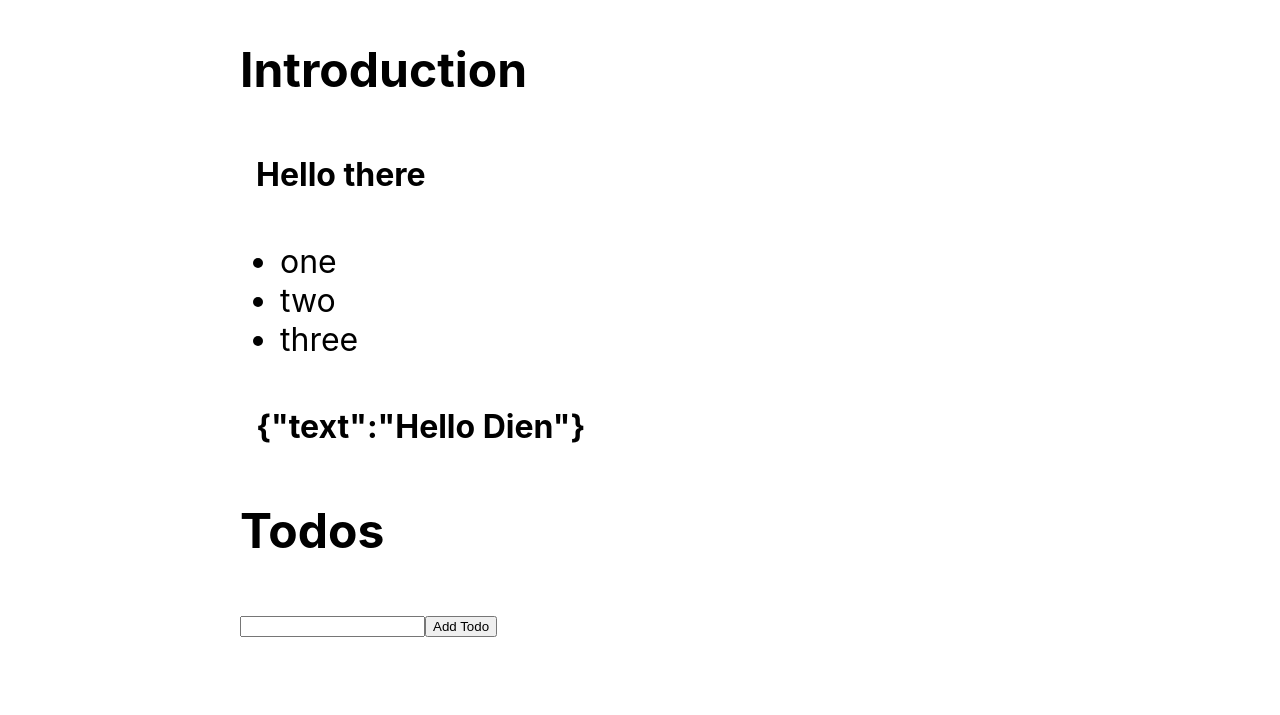
Repository: baodien1405/react-with-typescript
Page: /
An editor plug-in stored every save of this project. The page is shown before and after the next save, followed by the edit.
The browser window is 1280 px wide. The pictures show the whole page.
The project was rebuilt for these pictures with package versions that can differ from the ones it lists, and the page was loaded fresh each time.

Above is the page before, as saved 2021-06-08 15:21:04.

### src/App.tsx

import { useCallback, useEffect, useReducer, useRef, useState } from 'react';
import './App.css';

const Heading = ({title}: {title: string}) => <h2>{title}</h2>

const Box: React.FunctionComponent = ({children}) => (
  <div style={{padding: "1rem", fontWeight: 'bold'}}>
    {children}
  </div>
)

const List: React.FunctionComponent<{
  items: string[];
  onClick?: (item: string) => void
}> = ({items, onClick}) => (
  <ul>
    {
      items.map((item, index) => {
        return <li key={index} onClick={() => onClick?.(item)}>{item}</li>
      })
    }
  </ul>
)

interface Payload {
  text: string
}

interface Todo {
  id: number;
  done: boolean;
  text: string;
}

type ActionType = {type: "ADD", text: string} | {type: "REMOVE", id: number}

function App() {
  const [payload, setPayload] = useState<Payload | null>(null);

  useEffect(() => {
    fetch("/data.json")
      .then(res => res.json())
      .then(data => {
        setPayload(data)
      })
  }, [])

  const newTodoRef = useRef<HTMLInputElement>(null);

  const onAddTodo = useCallback(() => {
    if(newTodoRef.current) {
      dispatch({
        type: "ADD",
        text: newTodoRef.current.value
      })
      newTodoRef.current.value = "";
    }
  }, [])

  const [todos, dispatch] = useReducer((state: Todo[], action: ActionType) => {
    const uuid = Math.floor(Math.random() * 9999 + 1);
    switch (action.type) {
      case "ADD": {
        return [
          ...state,
          {
            id: uuid,
            text: action.text,
            done: false,
          },
        ];
      }
      case "REMOVE": {
        return state.filter(({id}) => id !== action.id);
      }
      default:
        throw new Error()
    }
  }, []);

  const onListClick = useCallback((item: string) => {
    alert(item);
  }, [])

  return (
    <div className="App">
     <Heading title="Introduction" />
     <Box>Hello there</Box>
     <List items={["one", "two", "three"]} onClick={onListClick} />
     <Box>{JSON.stringify(payload)}</Box>

     <Heading title="Todos" />
     {
       todos.map((todo) => (
         <div key={todo.id}>
           {todo.text}
           <button
            onClick={() => dispatch({
              type: "REMOVE",
              id: todo.id
            })}
           >
             Remove
           </button>
        </div>
       ))
     }
     <div>
       <input type="text" ref={newTodoRef} />
       <button onClick={onAddTodo}>Add Todo</button>
     </div>
    </div>
  );
}

export default App;

### src/App.css
body {
  font-size: xx-large;
  margin: auto;
  max-width: 800px;
}

### public/data.json
{
  "text": "Hello Dien"
}

Loaded but not shown: public/index.html (common file); src/index.tsx (common file); src/index.css (common file); src/reportWebVitals.ts (common file)

After the next save:
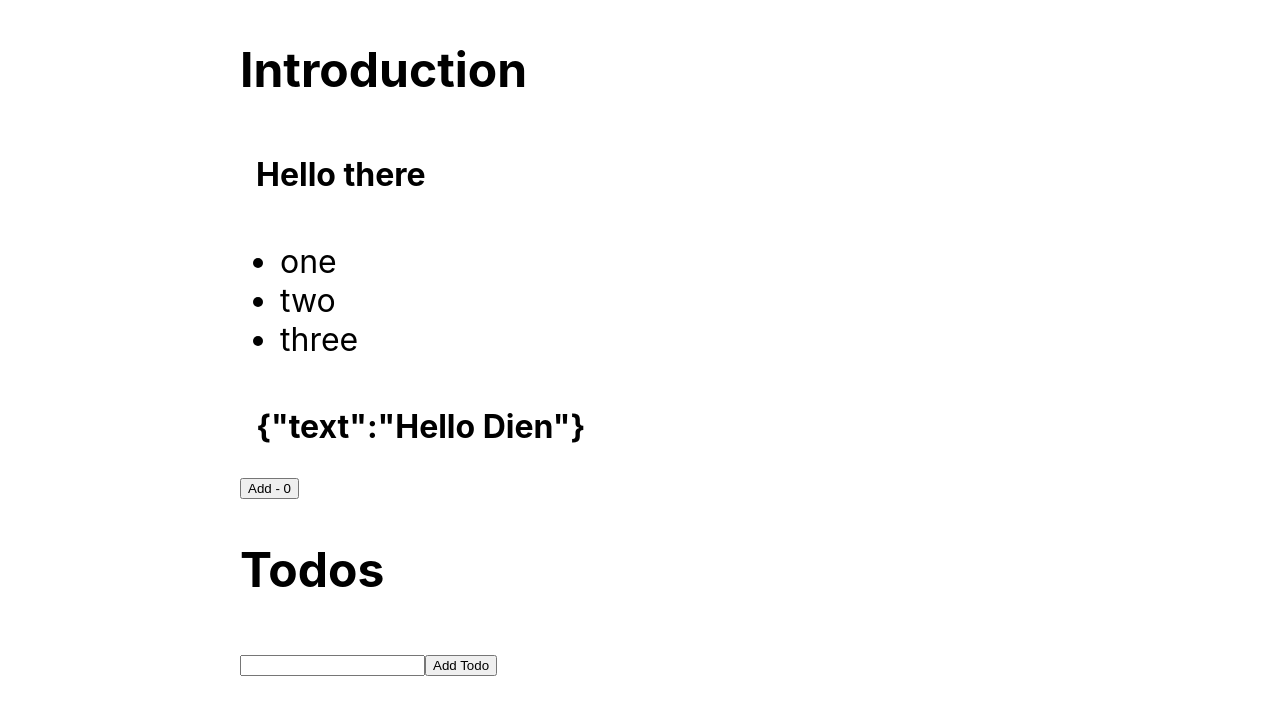
Saved 53 min 3 s later.
--- a/src/App.tsx
+++ b/src/App.tsx
@@ -1,5 +1,5 @@
 
-import { useCallback, useEffect, useReducer, useRef, useState } from 'react';
+import React, { useCallback, useEffect, useReducer, useRef, useState } from 'react';
 import './App.css';
 
 const Heading = ({title}: {title: string}) => <h2>{title}</h2>
@@ -34,6 +34,12 @@ interface Todo {
 }
 
 type ActionType = {type: "ADD", text: string} | {type: "REMOVE", id: number}
+
+const Incrementer: React.FunctionComponent<{value: number; setValue: React.Dispatch<React.SetStateAction<number>>}> = ({ value, setValue }) => (
+  <button onClick={() => setValue(value + 1)}>
+    Add - {value}
+  </button>
+)
 
 function App() {
   const [payload, setPayload] = useState<Payload | null>(null);
@@ -83,12 +89,15 @@ function App() {
     alert(item);
   }, [])
 
+  const [value, setValue] = useState(0);
+
   return (
     <div className="App">
      <Heading title="Introduction" />
      <Box>Hello there</Box>
      <List items={["one", "two", "three"]} onClick={onListClick} />
      <Box>{JSON.stringify(payload)}</Box>
+     <Incrementer value={value} setValue={setValue}/>
 
      <Heading title="Todos" />
      {
